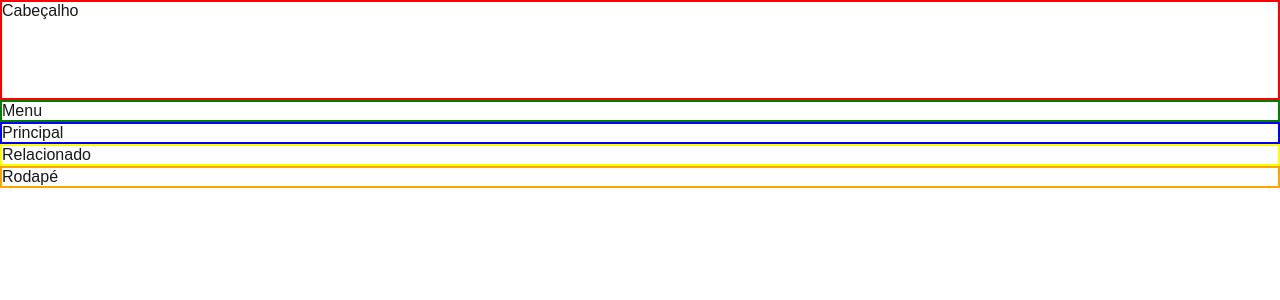
Repository: AleOi3/htmlTemplate
Page: /temp_one
These files come from the project's save history. The page is drawn as it stood at one moment and after the next save; the edit follows.
The browser window is 1280 px wide. The pictures show the whole page.
The project was rebuilt for these pictures with package versions that can differ from the ones it lists, and the page was loaded fresh each time. The framework's server and built-in components were replaced by stand-ins that run in the browser. Also part of the build but not shown: next.config.ts.

Above is the page before, as saved 2024-12-09 00:28:49.

### src/app/temp_one/page.tsx
const TemplateOnePage = () => {
    return <>
        <header style={{
            border: '2px solid red',
            height: 100,
            display: 'flex'
        }}>
            Cabeçalho
        </header>
        <nav style={{
            border: '2px solid green',
            display: 'flex',
            flex: '1 1 200px'
        }}>Menu</nav>
        <main style={{
            border: '2px solid blue',
            display: 'flex',
            flex: '1 1 500px'

        }}>Principal</main>
        <aside style={{
            border: '2px solid yellow',
            display: 'flex',
            flex: '1 1 300px'
        }}>Relacionado</aside>
        <footer style={{
            border: '2px solid orange',
            display: 'flex'

        }}>Rodapé</footer>

    </>
}

export default TemplateOnePage;

Loaded but not shown: src/app/layout.tsx (common file); src/app/globals.css (common file)

After the next save:
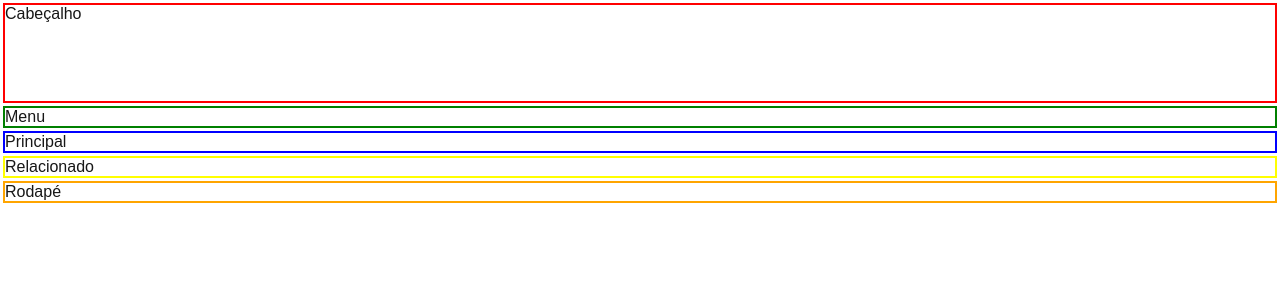
Saved 30 s later.
--- a/src/app/temp_one/page.tsx
+++ b/src/app/temp_one/page.tsx
@@ -3,28 +3,33 @@ const TemplateOnePage = () => {
         <header style={{
             border: '2px solid red',
             height: 100,
+            margin: 3,
             display: 'flex'
         }}>
             Cabeçalho
         </header>
         <nav style={{
             border: '2px solid green',
+            margin: 3,
             display: 'flex',
             flex: '1 1 200px'
         }}>Menu</nav>
         <main style={{
             border: '2px solid blue',
+            margin: 3,
             display: 'flex',
             flex: '1 1 500px'
 
         }}>Principal</main>
         <aside style={{
             border: '2px solid yellow',
+            margin: 3,
             display: 'flex',
             flex: '1 1 300px'
         }}>Relacionado</aside>
         <footer style={{
             border: '2px solid orange',
+            margin: 3,
             display: 'flex'
 
         }}>Rodapé</footer>
